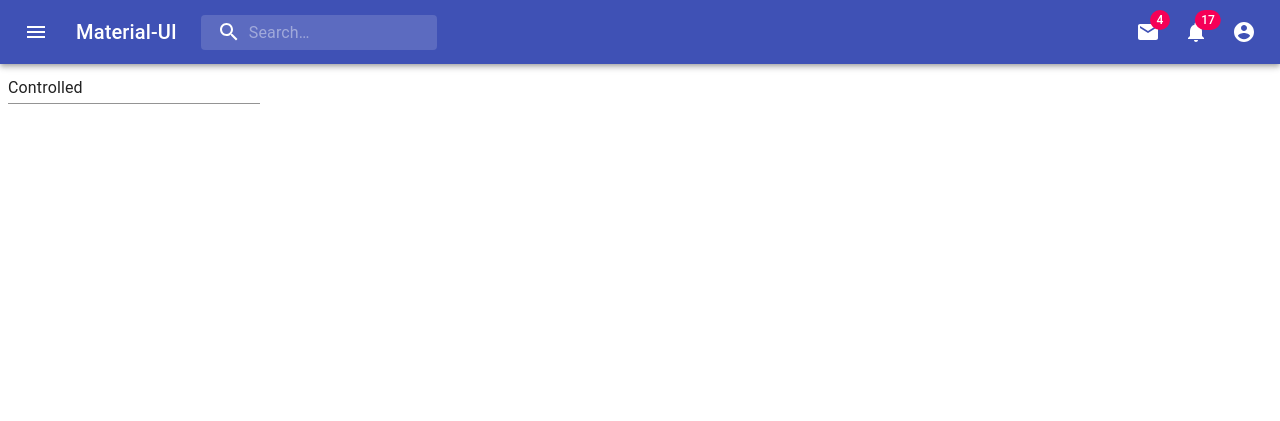
Repository: lude22/react_chat
Page: /
These files come from the project's save history. The page is drawn as it stood at one moment and after the next save; the edit follows.
The browser window is 1280 px wide. The pictures show the whole page.
Pictures or frames that could not be fetched are drawn as grey boxes. The project was rebuilt for these pictures with package versions that can differ from the ones it lists, and the page was loaded fresh each time. Also part of the build but not shown: webpack.config.js, src/App.css.

Above is the page before, as saved 2020-08-02 11:26:16.

After the next save:
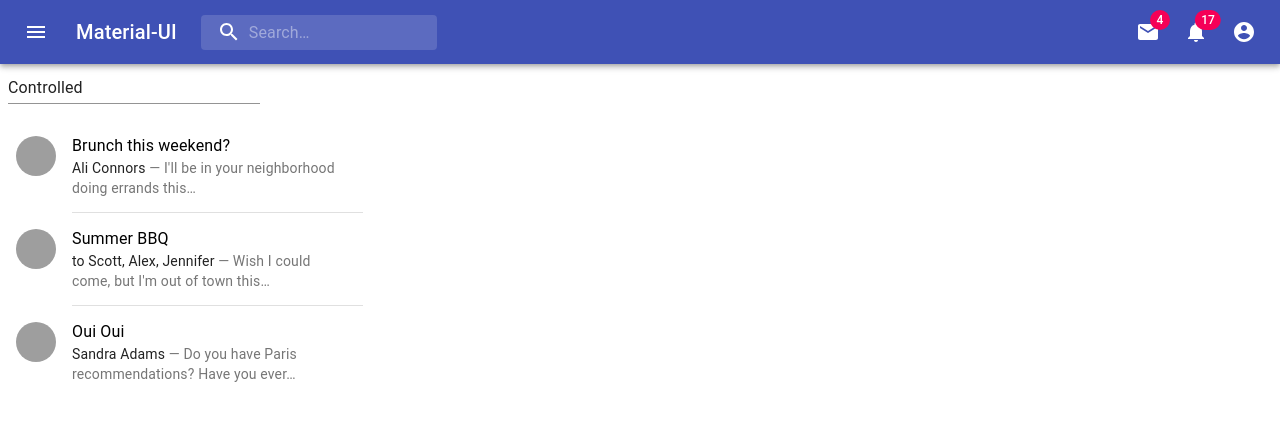
Saved 7 s later.
--- a/src/App.js
+++ b/src/App.js
@@ -11,7 +11,7 @@ class App extends Component{
       <React.Fragment>
         <ButtonAppSearchBar />
         <InputField />
-        {/* <ChatList /> */}
+        <ChatList />
       </React.Fragment>
     )
   }
